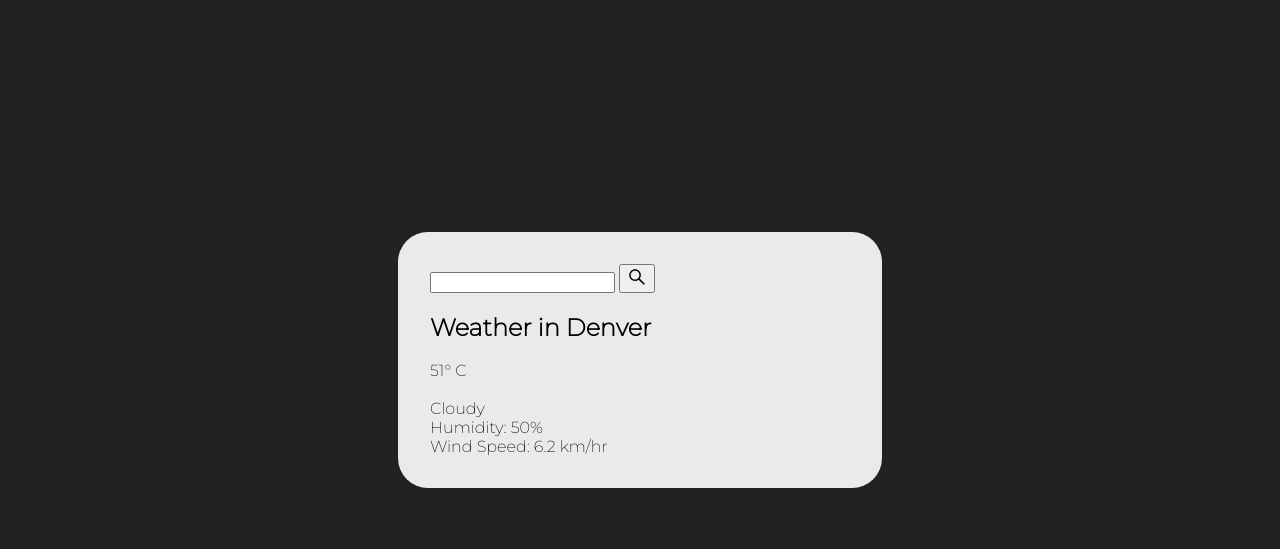
Repository: garima-1297/Weather-App
Page: index.html
An editor plug-in stored every save of this project. The page is shown before and after the next save, followed by the edit.
The browser window is 1280 px wide. The pictures show the whole page.

Above is the page before, as saved 2022-05-15 21:10:12.

After the next save:
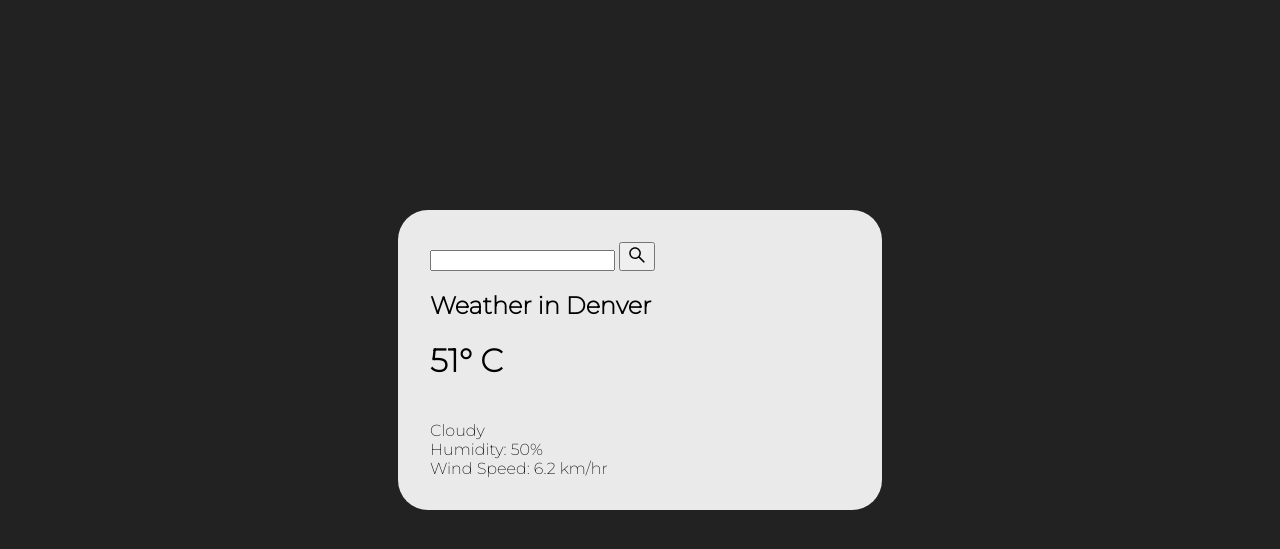
Saved 40 s later.
--- a/index.html
+++ b/index.html
@@ -19,7 +19,7 @@
         </div>
         <div class="weather">
             <h2 class="city">Weather in Denver</h2>
-            <div class="temp">51° C</div>
+            <h1 class="temp">51° C</h1>
             <img src="" alt="" class="icon" />
             <div class="description">Cloudy</div>
             <div class="humidity">Humidity: 50%</div>
